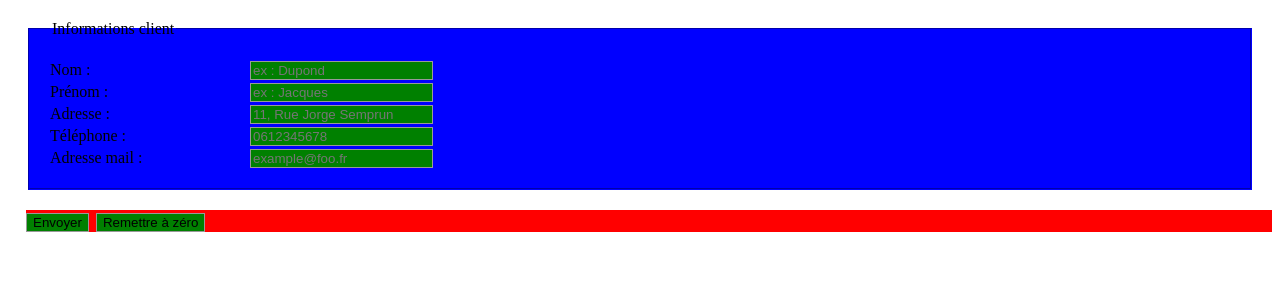
Repository: big73/NFE114
Page: http://localhost/Seance4-step1/
The author's editor kept a copy of each file at every save. The page is drawn from the files as they stood at one save, then again after the next save.
The browser window is 1280 px wide. The pictures show the whole page.
The page is served by Tomcat 9.

Above is the page before, as saved 2015-12-30 14:54:44.

After the next save:
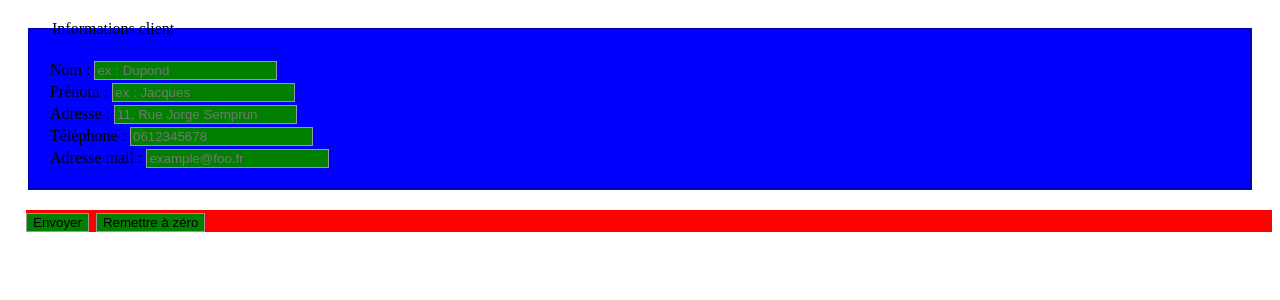
Saved 22 s later.
--- a/Seance4-step1/WebContent/css/style.css
+++ b/Seance4-step1/WebContent/css/style.css
@@ -17,15 +17,7 @@
     background-color: green;
 }
 
-form label {
 
-    float: left;
-
-    width: 200px;
-
-    margin: 3px 0px 0px 0px;
-
-}
 
 form input {
 

After the save that followed:
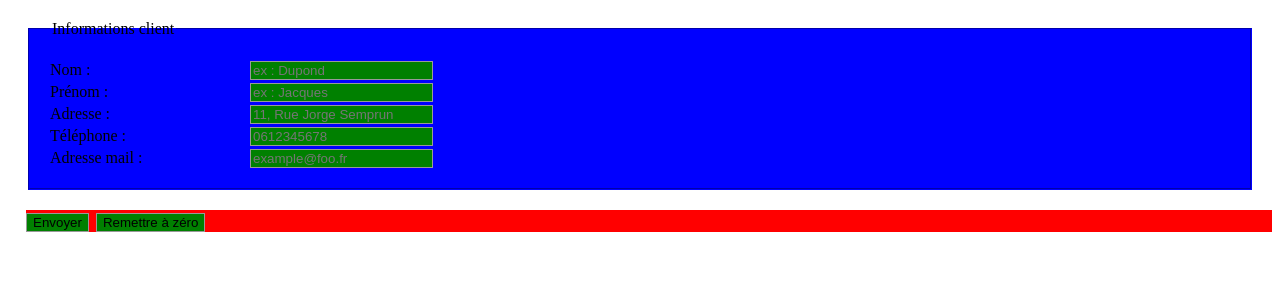
Saved 8 s later.
--- a/Seance4-step1/WebContent/css/style.css
+++ b/Seance4-step1/WebContent/css/style.css
@@ -17,7 +17,15 @@
     background-color: green;
 }
 
+form label {
 
+    float: left;
+
+    width: 200px;
+
+    margin: 3px 0px 0px 0px;
+
+}
 
 form input {
 
